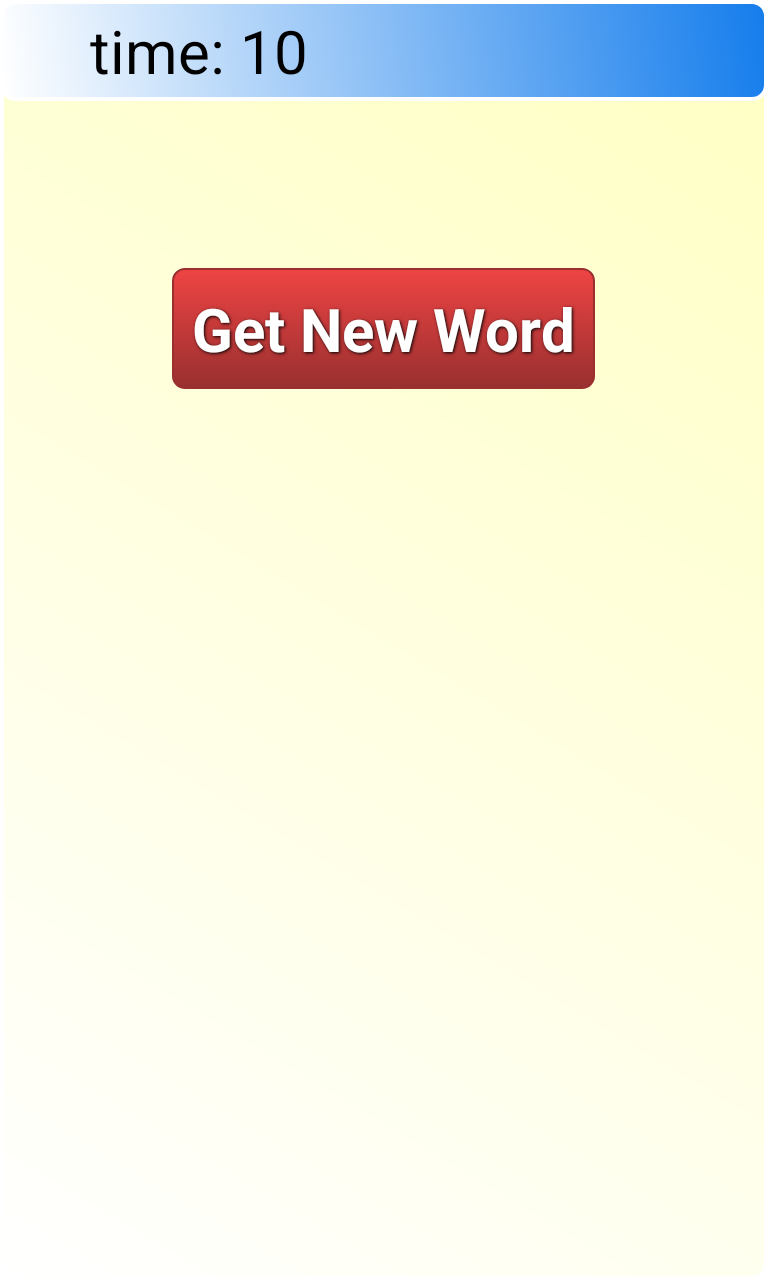
Repository: tvergilio/android
Layout: GoogleItDb/res/layout/activity_main.xml
The author's editor kept a copy of each file at every save. The layout is drawn from the files as they stood at one save, then again after the next save.
It is drawn on a 768 x 1280 px phone screen (xhdpi) without system bars, with theme AppTheme; the app's code is not run. Lists and similar views that code fills are empty.

Above is the layout before, as saved 2014-02-15 22:31:42.

### GoogleItDb/res/layout/activity_main.xml
<RelativeLayout xmlns:android="http://schemas.android.com/apk/res/android"
    android:layout_width="fill_parent"
    android:layout_height="fill_parent"
    android:animateLayoutChanges="true"
    android:background="@drawable/rectangle"
    android:orientation="vertical" >

    <TableLayout
        android:id="@+id/top_table_layout"
        android:layout_width="fill_parent"
        android:layout_height="wrap_content"
        android:layout_gravity="center"
        android:animateLayoutChanges="true"
        android:background="@drawable/rectangle_blue" >

        <TableRow
            android:id="@+id/tableRow1"
            android:layout_width="wrap_content"
            android:layout_height="wrap_content"
            android:padding="5dip" >

            <TextView
                android:id="@+id/score"
                android:gravity="left"
                android:paddingRight="40dip"
                android:textSize="30sp" />

            <TextView
                android:id="@+id/timer"
                android:gravity="right"
                android:text="@string/timer"
                android:textSize="30sp" />
        </TableRow>
    </TableLayout>

    <TextView
        android:id="@+id/service_text_main"
        android:layout_width="wrap_content"
        android:layout_height="wrap_content"
        android:layout_below="@+id/top_table_layout"
        android:layout_gravity="center_horizontal"
        android:padding="20dip"
        android:textSize="30sp"
        android:textStyle="bold" />

    <LinearLayout
        android:id="@+id/list_view_layout"
        android:layout_width="fill_parent"
        android:layout_height="wrap_content"
        android:layout_below="@+id/service_text_main"
        android:layout_centerHorizontal="true"
        android:animateLayoutChanges="true"
        android:background="@drawable/rectangle_orange"
        android:orientation="vertical" >

        <ListView
            android:id="@id/android:list"
            android:layout_width="fill_parent"
            android:layout_height="wrap_content"
            android:layout_gravity="center_horizontal" />
    </LinearLayout>

    <Button
        android:id="@+id/button1"
        android:layout_width="wrap_content"
        android:layout_height="wrap_content"
        android:layout_below="@+id/list_view_layout"
        android:background="@drawable/blue_button"
        style="@style/button_text"
        android:layout_centerHorizontal="true"
        android:onClick="buttonActivity"
        android:text="@string/get_word" />

    <LinearLayout
        android:id="@+id/result_layout"
        android:layout_width="wrap_content"
        android:layout_height="wrap_content"
        android:layout_alignParentBottom="true"
        android:layout_centerHorizontal="true"
        android:animateLayoutChanges="true"
        android:background="@drawable/rectangle_blue"
        android:orientation="vertical"
        android:padding="15dip"
        android:visibility="invisible" >

        <TextView
            android:id="@+id/result_text"
            android:layout_width="wrap_content"
            android:layout_height="wrap_content"
            android:layout_gravity="center"
            android:padding="8dip"
            android:textSize="30sp" />

        <TextView
            android:id="@+id/result_points_earned"
            android:layout_width="wrap_content"
            android:layout_height="wrap_content"
            android:layout_gravity="center"
            android:padding="8dip"
            android:textColor="@color/red"
            android:textSize="30sp"
            android:textStyle="bold" />
    </LinearLayout>

</RelativeLayout>

### GoogleItDb/res/values/colors.xml
<?xml version="1.0" encoding="utf-8"?>
<resources>
    <color name="corn_yellow">#FFF380</color>
    <color name="ginger_brown">#C9BE62</color>
    <color name="midnight_blue">#151B54</color>
    <color name="dark_slate_blue">#2B3856</color>
    <color name="blue_whale">#342D7E</color>
    <color name="green">#00FF00</color>
    <color name="green_yellow">#B1FB17</color>
    <color name="red">#FF0000</color>
    <color name="saffron">#FBB917</color>
    <color name="wood">#966F33</color>
    <color name="yellow">#FFFF00</color>
    <color name="aquamarine">#7FFFD4</color>
    <color name="light_cyan">#E0FFFF</color>
    <color name="white">#FFFFFF</color>
    <color name="parchment">#FFFFC2</color>
    <color name="bee_yellow">#E9AB17</color>
    <color name="blue_lotus">#6960EC</color>
    <color name="black">#000000</color>
    <color name="blue_dress">#157DEC</color>
    <color name="orange">#ED8515</color>


</resources>

### GoogleItDb/res/drawable-hdpi/rectangle.xml
<?xml version="1.0" encoding="utf-8"?>
<shape xmlns:android="http://schemas.android.com/apk/res/android"
         android:shape="rectangle">
     <stroke android:width="2dp" android:color="@color/white" />
     <gradient android:startColor="@color/parchment" android:endColor="@color/white"
            android:angle="225"/>

    <corners android:bottomRightRadius="7dp" android:bottomLeftRadius="7dp"
     android:topLeftRadius="7dp" android:topRightRadius="7dp"/>

</shape>

### GoogleItDb/res/drawable-hdpi/rectangle_blue.xml
<?xml version="1.0" encoding="utf-8"?>
<shape xmlns:android="http://schemas.android.com/apk/res/android"
         android:shape="rectangle">
     <stroke android:width="2dp" android:color="@color/white" />
     <gradient android:startColor="@color/blue_dress" android:endColor="@color/white"
            android:angle="225"/>

    <corners android:bottomRightRadius="7dp" android:bottomLeftRadius="7dp"
     android:topLeftRadius="7dp" android:topRightRadius="7dp"/>

</shape>

### GoogleItDb/res/values/strings.xml
<?xml version="1.0" encoding="utf-8"?>
<resources>

    <string name="app_name">Google it!</string>
    <string name="action_settings">Settings</string>
    <string name="hello_world">Hello world!</string>
    <string name="get_word">Get New Word</string>
    <string name="title_activity_read">ReadActivity</string>
    <string name="timer">time: 10</string>
    <string name="string_url">http://google.com/complete/search?output=toolbar&amp;q=</string>
    <string name="string_url_uk">http://google.co.uk/complete/search?output=toolbar&amp;q=</string>
    <string name="preference_file_key">com.example.googleiddb.PREFERENCE_FILE_KEY</string>
    <string name="saved_word_name">com.example.googleitdb.SAVED_WORD_NAME</string>
    <string name="saved_word_suggestions">com.example.googleitdb.SAVED_WORD_SUGGESTIONS</string>
    <string name="saved_points">com.example.googleitdb.SAVED_POINTS</string>
    <string name="new_game">Random Word Game</string>
    <string name="new_game_forename">Name Game</string>
    <string name="help">Help</string>
    <string name="result_first">1st Well done!</string>
    <string name="result_second">2nd best...</string>
    <string name="result_third">3rd Not bad!</string>
    <string name="result_fourth">4th You squit!</string>
    <string name="result_fifth">5th That is awful!</string>

</resources>

### GoogleItDb/res/drawable-hdpi/rectangle_orange.xml
<?xml version="1.0" encoding="utf-8"?>
<shape xmlns:android="http://schemas.android.com/apk/res/android"
         android:shape="rectangle">
     <stroke android:width="2dp" android:color="@color/white" />
     <gradient android:startColor="@color/orange" android:endColor="@color/white"
            android:angle="225"/>

    <corners android:bottomRightRadius="7dp" android:bottomLeftRadius="7dp"
     android:topLeftRadius="7dp" android:topRightRadius="7dp"/>

</shape>

### GoogleItDb/res/drawable-hdpi/blue_button.xml
<?xml version="1.0" encoding="utf-8"?>
<selector xmlns:android="http://schemas.android.com/apk/res/android">

    <item android:state_pressed="true">
        <shape>
            <solid android:color="@color/dark_slate_blue" />

            <stroke android:width="1dp" android:color="@color/blue_whale" />

            <corners android:radius="6dp" />

            <padding android:bottom="10dp" android:left="10dp" android:right="10dp" android:top="10dp" />
        </shape>

        </item>
    <item><shape>
            <gradient android:angle="270" android:endColor="#992f2f" android:startColor="#ef4444" />

            <stroke android:width="1dp" android:color="#992f2f" />

            <corners android:radius="6dp" />

            <padding android:bottom="10dp" android:left="10dp" android:right="10dp" android:top="10dp" />
        </shape></item>

</selector>

Loaded but not shown: GoogleItDb/res/values/styles.xml (common file); GoogleItDb/res/values-v11/styles.xml (common file); GoogleItDb/res/values-v14/styles.xml (common file)

After the next save:
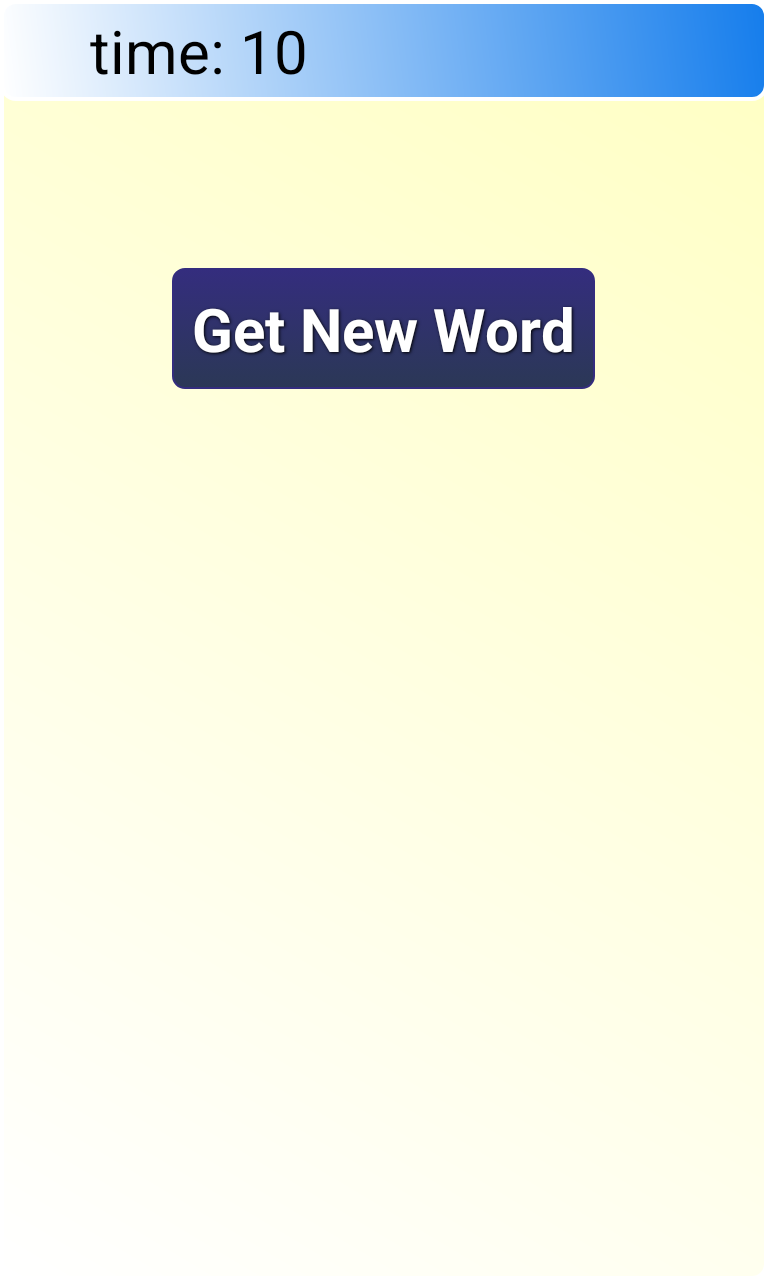
Saved 2 min 45 s later.
--- a/GoogleItDb/res/drawable-hdpi/blue_button.xml
+++ b/GoogleItDb/res/drawable-hdpi/blue_button.xml
@@ -14,9 +14,9 @@
 
         </item>
     <item><shape>
-            <gradient android:angle="270" android:endColor="#992f2f" android:startColor="#ef4444" />
+            <gradient android:angle="270" android:endColor="@color/dark_slate_blue" android:startColor="@color/blue_whale" />
 
-            <stroke android:width="1dp" android:color="#992f2f" />
+            <stroke android:width="1dp" android:color="@color/blue_whale" />
 
             <corners android:radius="6dp" />
 
